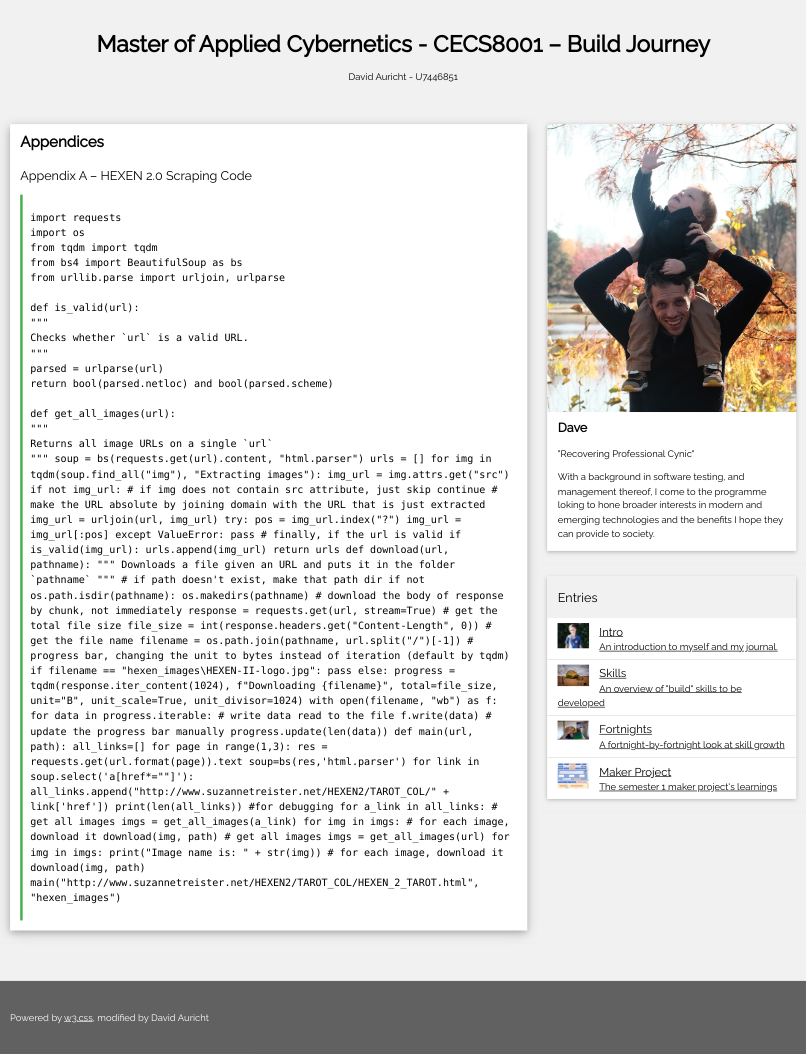
Repository: TodaysSawyer/cecs_8001_journal
Page: CECS_8001_build_journal/appendices.html
The author's editor kept a copy of each file at every save. The page is drawn from the files as they stood at one save, then again after the next save.
The browser window is 1280 px wide. The pictures show the whole page, at 63% of full size.

Above is the page before, as saved 2022-08-23 11:07:02.

After the next save:
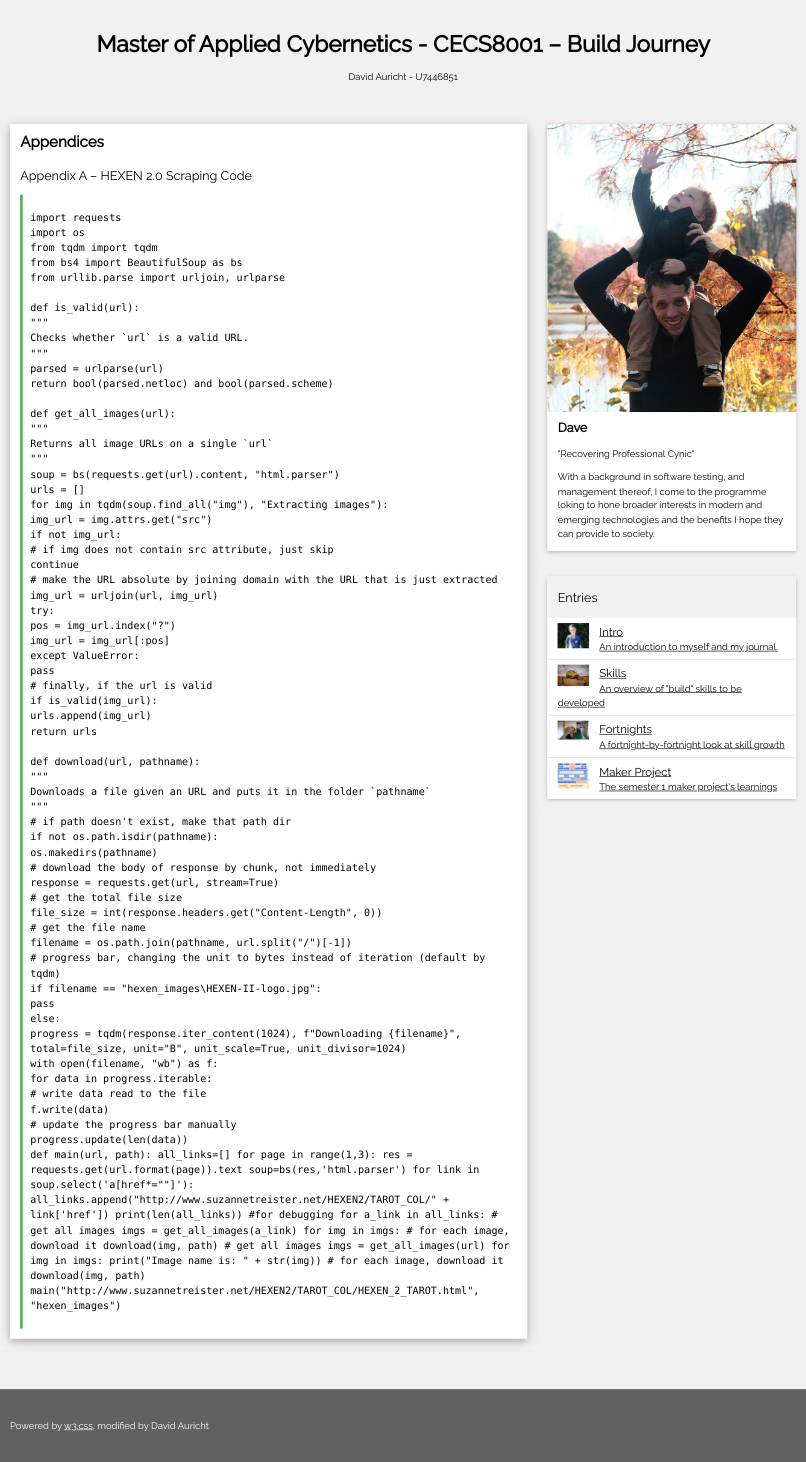
Saved 71 s later.
--- a/CECS_8001_build_journal/appendices.html
+++ b/CECS_8001_build_journal/appendices.html
@@ -56,50 +56,50 @@ and is wrapped around the whole page content, except for the footer in this exam
         <br>      """
         <br>      Returns all image URLs on a single `url`
         <br>      """
-              soup = bs(requests.get(url).content, "html.parser")
-              urls = []
-              for img in tqdm(soup.find_all("img"), "Extracting images"):
-                  img_url = img.attrs.get("src")
-                  if not img_url:
-                     # if img does not contain src attribute, just skip
-                      continue
-                 # make the URL absolute by joining domain with the URL that is just extracted
-                  img_url = urljoin(url, img_url)
-                  try:
-                      pos = img_url.index("?")
-                      img_url = img_url[:pos]
-                  except ValueError:
-                      pass
-                  # finally, if the url is valid
-                  if is_valid(img_url):
-                      urls.append(img_url)
-              return urls
-
-          def download(url, pathname):
-              """
-              Downloads a file given an URL and puts it in the folder `pathname`
-              """
-              # if path doesn't exist, make that path dir
-              if not os.path.isdir(pathname):
-                  os.makedirs(pathname)
-              # download the body of response by chunk, not immediately
-              response = requests.get(url, stream=True)
-              # get the total file size
-              file_size = int(response.headers.get("Content-Length", 0))
-              # get the file name
-              filename = os.path.join(pathname, url.split("/")[-1])
-              # progress bar, changing the unit to bytes instead of iteration (default by tqdm)
-              if filename == "hexen_images\HEXEN-II-logo.jpg":
-                  pass
-              else:
-                  progress = tqdm(response.iter_content(1024), f"Downloading {filename}", total=file_size, unit="B", unit_scale=True, unit_divisor=1024)
-                  with open(filename, "wb") as f:
-                      for data in progress.iterable:
-                          # write data read to the file
-                          f.write(data)
-                          # update the progress bar manually
-                          progress.update(len(data))
-
+        <br>      soup = bs(requests.get(url).content, "html.parser")
+        <br>      urls = []
+        <br>      for img in tqdm(soup.find_all("img"), "Extracting images"):
+        <br>          img_url = img.attrs.get("src")
+        <br>          if not img_url:
+        <br>             # if img does not contain src attribute, just skip
+        <br>              continue
+        <br>         # make the URL absolute by joining domain with the URL that is just extracted
+        <br>          img_url = urljoin(url, img_url)
+        <br>          try:
+        <br>              pos = img_url.index("?")
+        <br>              img_url = img_url[:pos]
+        <br>          except ValueError:
+        <br>              pass
+        <br>          # finally, if the url is valid
+        <br>          if is_valid(img_url):
+        <br>              urls.append(img_url)
+        <br>      return urls
+        <br>
+        <br>  def download(url, pathname):
+        <br>      """
+        <br>      Downloads a file given an URL and puts it in the folder `pathname`
+        <br>      """
+        <br>      # if path doesn't exist, make that path dir
+        <br>      if not os.path.isdir(pathname):
+        <br>          os.makedirs(pathname)
+        <br>      # download the body of response by chunk, not immediately
+        <br>      response = requests.get(url, stream=True)
+        <br>      # get the total file size
+        <br>      file_size = int(response.headers.get("Content-Length", 0))
+        <br>      # get the file name
+        <br>      filename = os.path.join(pathname, url.split("/")[-1])
+        <br>      # progress bar, changing the unit to bytes instead of iteration (default by tqdm)
+        <br>      if filename == "hexen_images\HEXEN-II-logo.jpg":
+        <br>          pass
+        <br>      else:
+        <br>          progress = tqdm(response.iter_content(1024), f"Downloading {filename}", total=file_size, unit="B", unit_scale=True, unit_divisor=1024)
+        <br>          with open(filename, "wb") as f:
+        <br>              for data in progress.iterable:
+        <br>                  # write data read to the file
+        <br>                  f.write(data)
+        <br>                  # update the progress bar manually
+        <br>                  progress.update(len(data))
+        <br>
           def main(url, path):
               all_links=[]
               for page in range(1,3):
